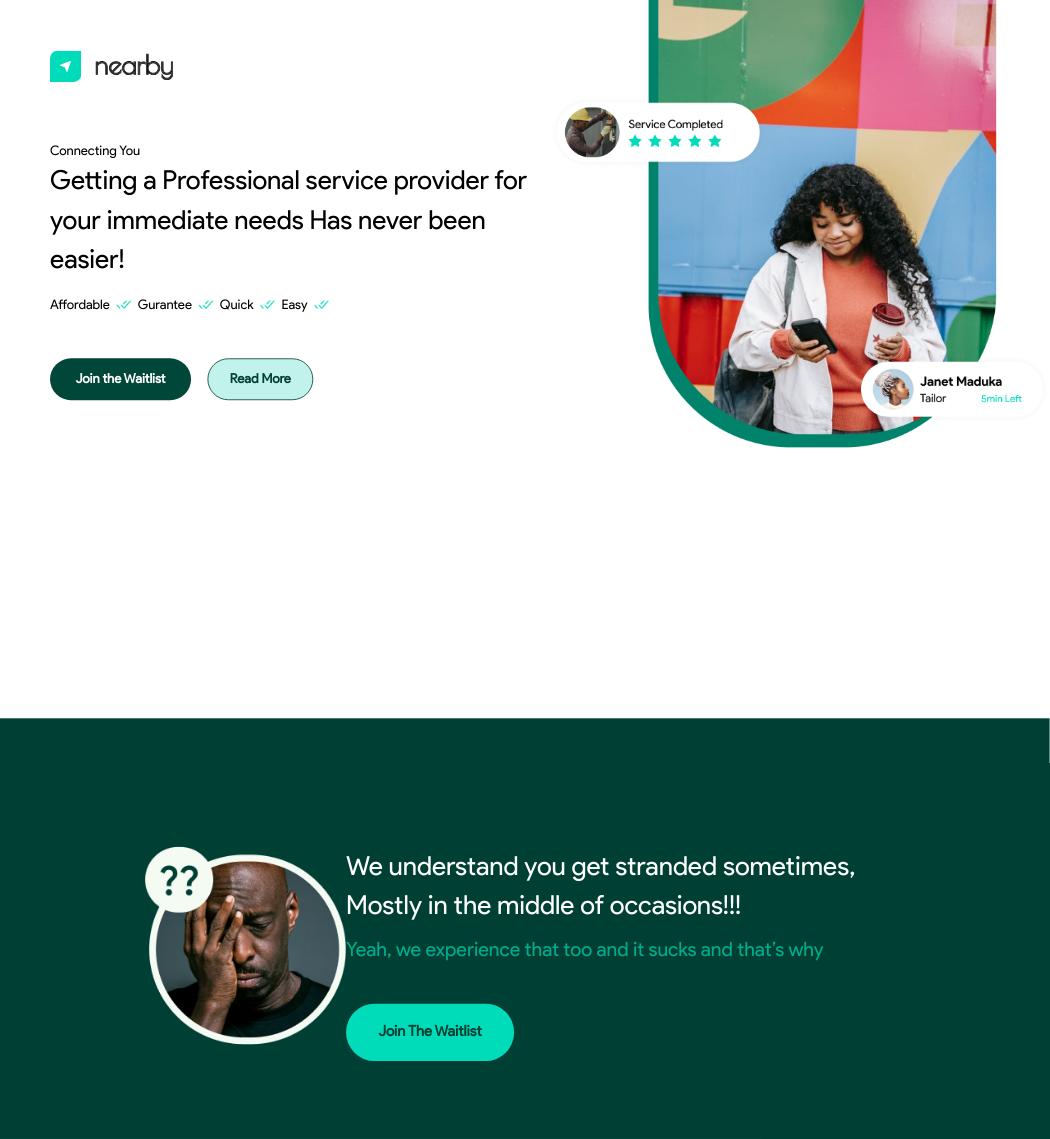
Repository: Eugene44-hub/Mearby
Page: /
The author's editor kept a copy of each file at every save. The page is drawn from the files as they stood at one save, then again after the next save.
The browser window is 1280 px wide. The pictures show the whole page, at 82% of full size.
The project was rebuilt for these pictures with package versions that can differ from the ones it lists, and the page was loaded fresh each time.

Above is the page before, as saved 2022-04-30 07:28:05.

### src/App.tsx
import React from 'react';
import Hero from './components/hero/Hero';
import Nav from './components/nav/Nav';
import LandingPage from './pages/landing/LandingPage';

function App() {
  return (
   <>
<Nav/>
<LandingPage/>
</>

);
}

export default App;

### src/components/nav/Nav.tsx
import React from 'react';
import send from '../../assets/images/send.svg';
import nearby from '../../assets/images/nearby logo.svg';
import styles from "./Nav.module.css"
const Nav = () => {
	return (
		<nav className={`md:h-auto h-[96.57px] ${styles.nav} flex`}>
			<header className="m-auto block md:hidden">
				<div className="flex justify-center">
					<img
						src={send}
						className="bg-[#00DCBA] mr-[16.79px] p-3 rounded-tl-[8.91471px] rounded-br-[8.91471px]"
						alt="send"
					/>
					<img src={nearby} alt="send" />
				</div>
			</header>
		</nav>
	);
};

export default Nav;

### src/pages/landing/LandingPage.tsx
import React from 'react'
import Hero from '../../components/hero/Hero';
import Understand from '../../components/understand/Understand';
const LandingPage = () => {
  return (
    <>

    <Hero/>
    <Understand/>
    </>
  )
}

export default LandingPage

### src/components/nav/Nav.module.css
@media screen and (max-width:768px) {
    .nav{
/* display: none; */
/* bg-[#014034] */
background-color:#014034;
}
}

### src/components/hero/Hero.tsx
import React from 'react';
import styles from './Hero.module.css';
import checked from '../../assets/images/checked.png';
import heroImg from '../../assets/images/heroImg.png';
import send from '../../assets/images/send.svg';
import nearby from '../../assets/images/nearbyDark.svg';

const Hero = () => {
	const minorText: string[] = [ 'affordable', 'gurantee', 'quick', 'easy' ];
	return (
		<section className="container md:pl-[61px]">
			<div className={`${styles.container} md:flex justify-between`}>
				<div className={`${styles.heroContainer} mb-[3rem] flex flex-wrap md:w-[50%]`}>
					<div className="md:flex w-[20%] hidden mt-[62px] items-center">
						<img
							src={send}
							className="bg-[#00DCBA] w-[100%] mr-[16.79px] p-3 rounded-tl-[8.91471px] rounded-br-[8.91471px]"
							alt="send"
						/>
						<img src={nearby} alt="send" />
					</div>

					<div className="m-auto">
						<h2 className={` ${styles.connectHead} flex items-end md:h-[95.5px]`}>Connecting You</h2>
						<p className={`text-[2rem] ${styles.connectText}`}>
							Getting a Professional service provider for your immediate needs Has never been easier!
						</p>
					</div>

					<ul className={`${styles.connectList} mt-5 flex justify-between `}>
						{minorText.map((item, index) => (
							<li key={index} className="flex items-center capitalize mr-2">
								{item} <img src={checked} className="w-[18px] ml-2" alt="checked" />
							</li>
						))}
					</ul>

					<div className="w-[100%] md:pt-[53px] md:px-0 p-5">
						<button className="bg-[#004639] font-bold w-[172px] h-[51px] text-white mr-5 rounded-[50px]">
							Join the Waitlist
						</button>
						<button className="bg-[#C1F2EB] font-bold w-[129px] h-[51px] rounded-[50px] text-[#004034] border border-[#004034] capitalize">
							read more
						</button>
					</div>
				</div>
				<div className="md:w-[50%]">
					<img src={heroImg} className={styles.heroImg} alt="" />
				</div>
			</div>
		</section>
	);
};

export default Hero;
// wKcVoY0oBaK0dDUj5
// yX2Q8nskPsN4AjVkAPMBM

### src/components/understand/Understand.tsx
import React from 'react'
import understand from "../../assets/images/understand.png"
import WaitLight from "../../components/Buttons/WaitLight"
const Understand = () => {
  return (
    <div className='container bg-[#004034] md:pl-[61px] md:pr-[27px]'>
 <div className='md:px-0 px-5 pt-[9.75rem] md:flex justify-center  relative mt-[20rem]'>

<img src={understand} className=" absolute block md:hidden translate-x-[-50%] left-[50%] top-[-20%]" alt="understand" />
<div className='md:block hidden '>
<img src={understand} className=" w-[100%]"alt="understand" />

</div>

<div className='md:w-[60%] md:mx-0 mx-auto '>
<div>
<p className='text-[2rem] text-white'>
We understand you get stranded sometimes, Mostly in the middle of occasions!!!
</p>
<p className='mt-3 text-[1.5rem] text-[#01AB8B] '>
Yeah, we experience that too and it sucks and that’s why  </p>
</div>

<div className='pt-[3rem] pb-[5.938rem]'>
<WaitLight/>
</div>

</div>



  </div>
    </div>

  )
}

export default Understand

### src/components/hero/Hero.module.css
.container{
height: 812px;
background-image: url(../../assets/images/mobileHero.png);
background-repeat: no-repeat;
background-position: center;
background-size: 133% 100%;
}


.heroImg{
    display: none;
    width: 100%;
}
.heroContainer{
    /* background-color: black; */
    color: white;

}
.connectHead,.connectText,.connectList{
    padding: 20px;

}
@media screen and (min-width:600px) {
    .container{
    background-image:none;
    height: auto;
}
.connectHead{
    background-color: none;
}
.heroImg{
    display: block;
}
.connectHead{
    background-color: none;
}
.heroContainer{
    /* background-color: black; */
    color: black ;
}

}

@media screen and (min-width:768px) {
    .connectHead,.connectText,.connectList{
        padding: 0px;
    }

}


@media screen and (max-width:600px){
.connectHead{
    background-color: #004034;
}

}
/* .minorTxt{
} */
/* linear-gradient(rgba(0, 64, 52, 1), rgba(0, 57, 64, 0)) */
/* linear-gradient(rgba(0, 64, 52, 1),rgba(0, 64, 52, 1)) */

### src/components/Buttons/WaitLight.tsx
import React from 'react'
import styles from "./Button.module.css"

const Wait = () => {
  return (
    <button className={`${styles.light} capitalize`}>Join the waitlist</button>

  )
}

export default Wait

### src/components/Buttons/Button.module.css
    .light {
        background-color: #00DCBA;
        color: #004034;
        width: 205px;
        font-size: 1.125rem;
    }

    .dark {
        background-color: #004639;
        color: #004034;
        font-size: "1rem";
        width: 192px;
    }

    .light,
    .dark {
        height: 70px;
        border-radius: 50px;
        font-weight: bold;
    }

Loaded but not shown: public/index.html (common file); src/index.tsx (common file); src/index.css (common file); tailwind.config.js (common file)

After the next save:
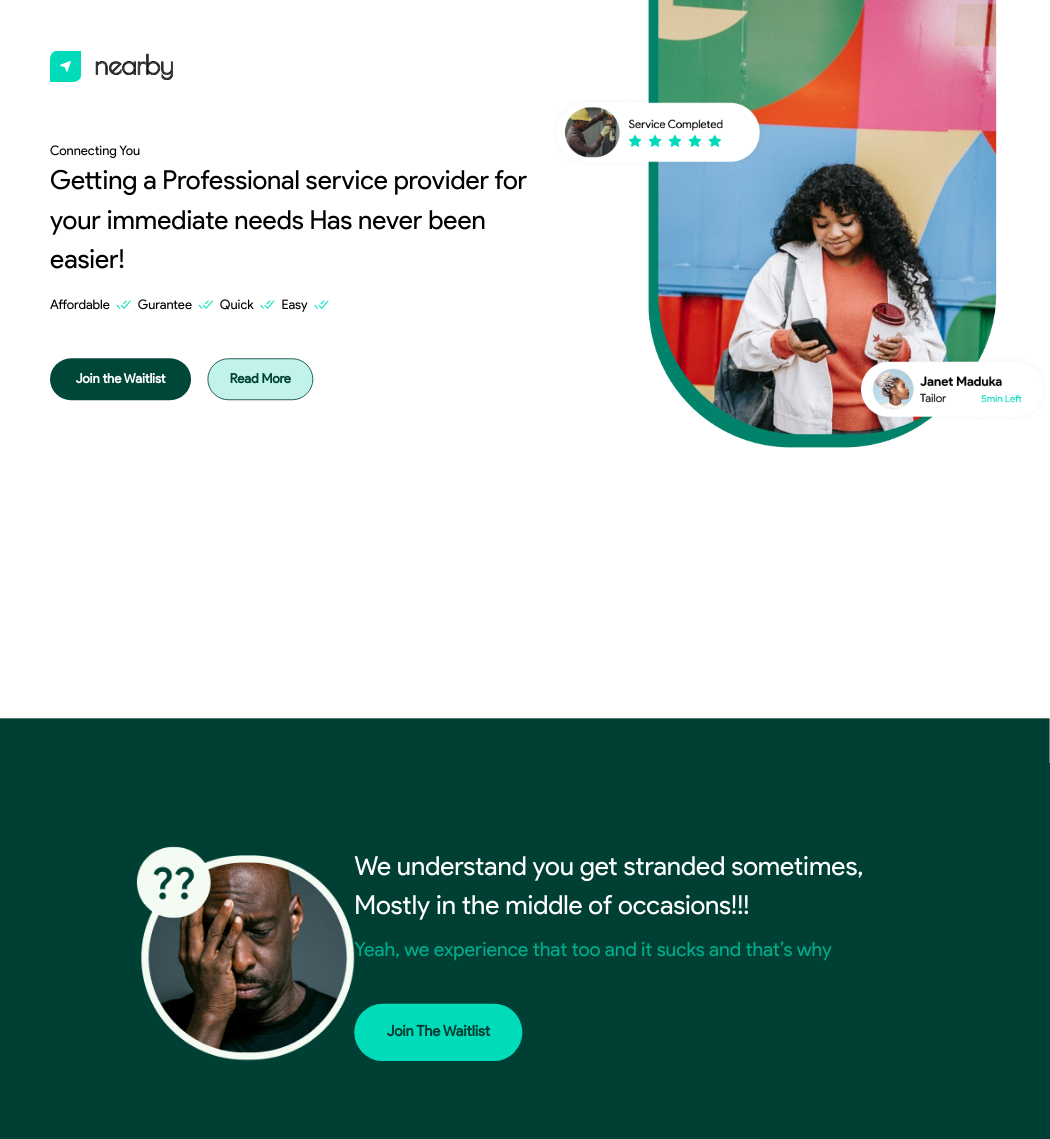
Saved 19 s later.
--- a/src/components/understand/Understand.tsx
+++ b/src/components/understand/Understand.tsx
@@ -8,7 +8,7 @@
 
 <img src={understand} className=" absolute block md:hidden translate-x-[-50%] left-[50%] top-[-20%]" alt="understand" />
 <div className='md:block hidden '>
-<img src={understand} className=" w-[100%]"alt="understand" />
+<img src={understand} className="mr-5 w-[100%]"alt="understand" />
 
 </div>
 

After the save that followed:
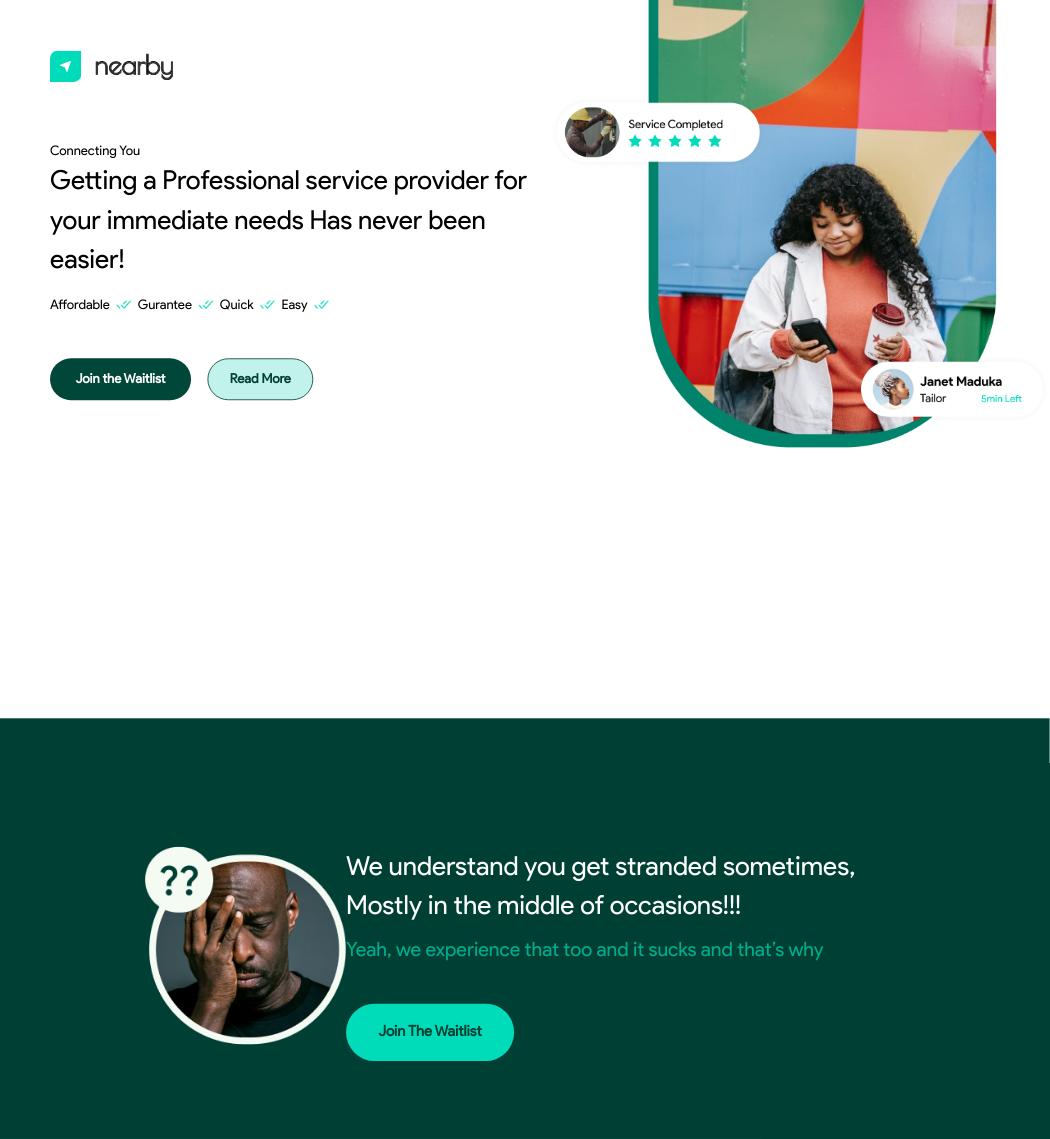
Saved 11 s later.
--- a/src/components/understand/Understand.tsx
+++ b/src/components/understand/Understand.tsx
@@ -8,7 +8,7 @@
 
 <img src={understand} className=" absolute block md:hidden translate-x-[-50%] left-[50%] top-[-20%]" alt="understand" />
 <div className='md:block hidden '>
-<img src={understand} className="mr-5 w-[100%]"alt="understand" />
+<img src={understand} className=" w-[100%]"alt="understand" />
 
 </div>
 
